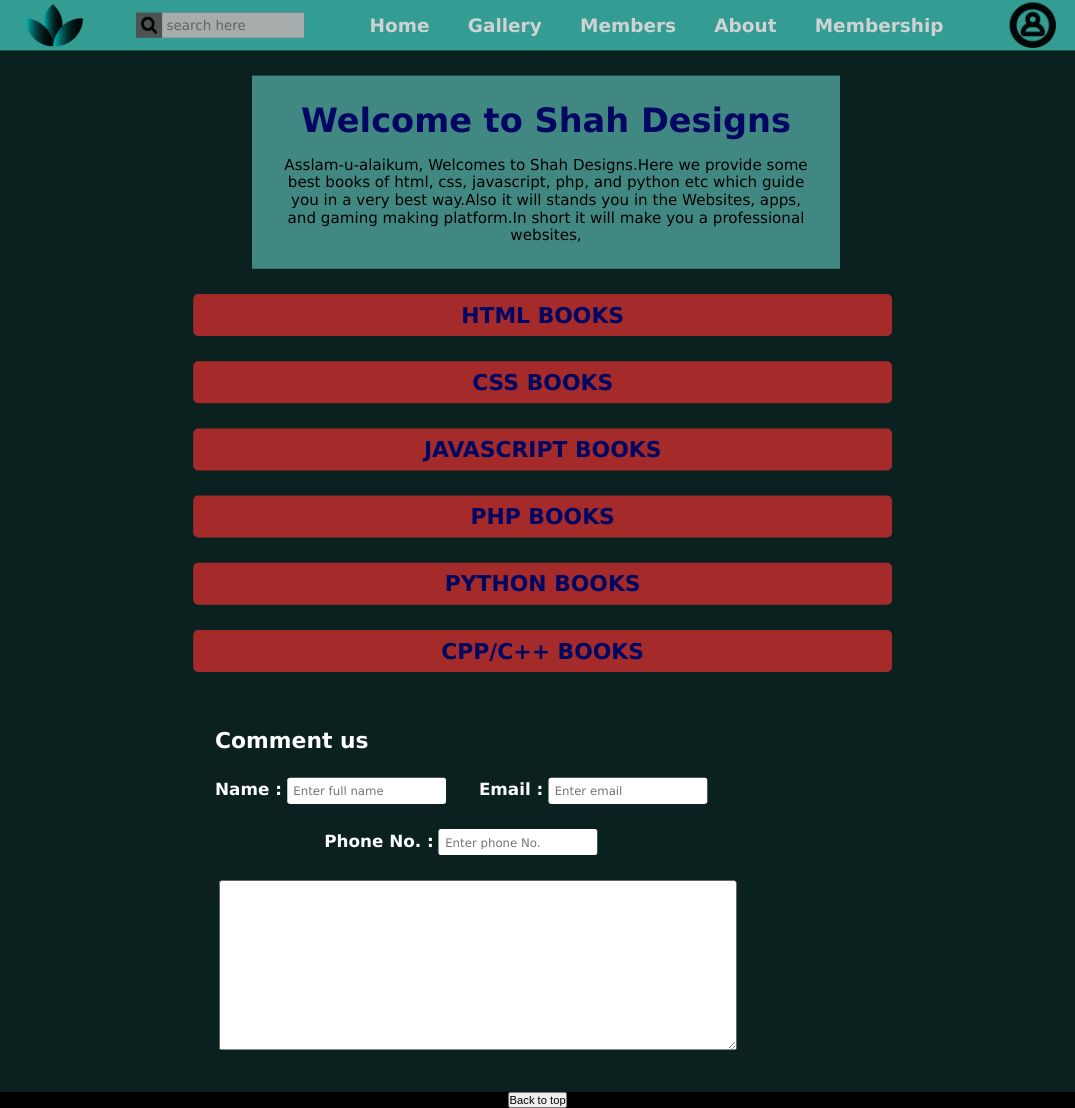
Repository: RawahaMR11/my_assignments
Page: rawaha computer/Shah Designs web/Shah home page.html
These files come from the project's save history. The page is drawn as it stood at one moment and after the next save; the edit follows.
The browser window is 1280 px wide. The pictures show the whole page, at 84% of full size.

Above is the page before, as saved 2024-12-13 09:21:57.

After the next save:
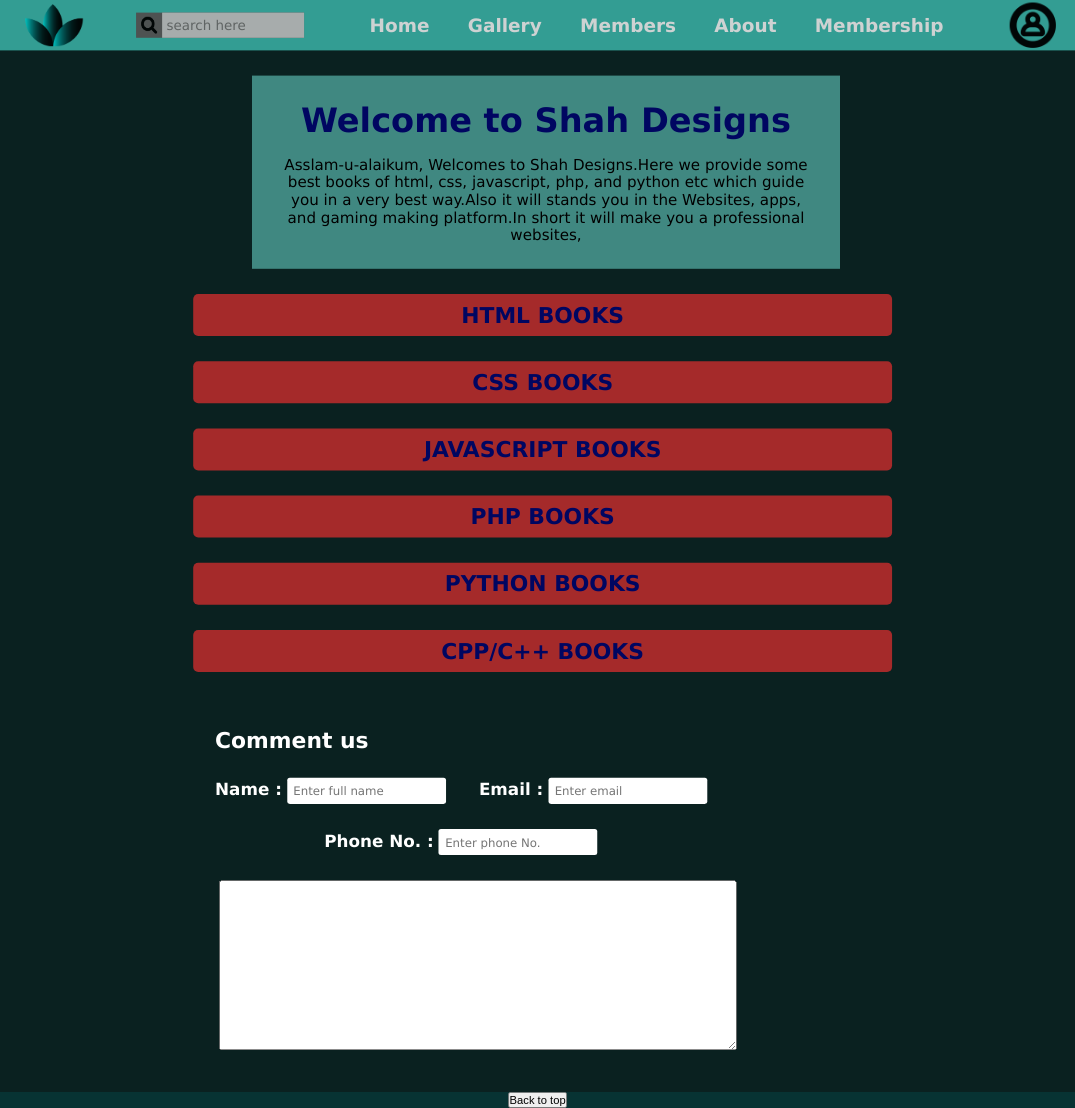
Saved 16 s later.
--- a/rawaha computer/Shah Designs web/Shah home page.css
+++ b/rawaha computer/Shah Designs web/Shah home page.css
@@ -330,5 +330,5 @@ header {
       align-items: center;
       justify-content: center;
       margin-top: 30px;
-      background-color: black;
-}
+      background-color: rgb(7, 51, 51);
+}
